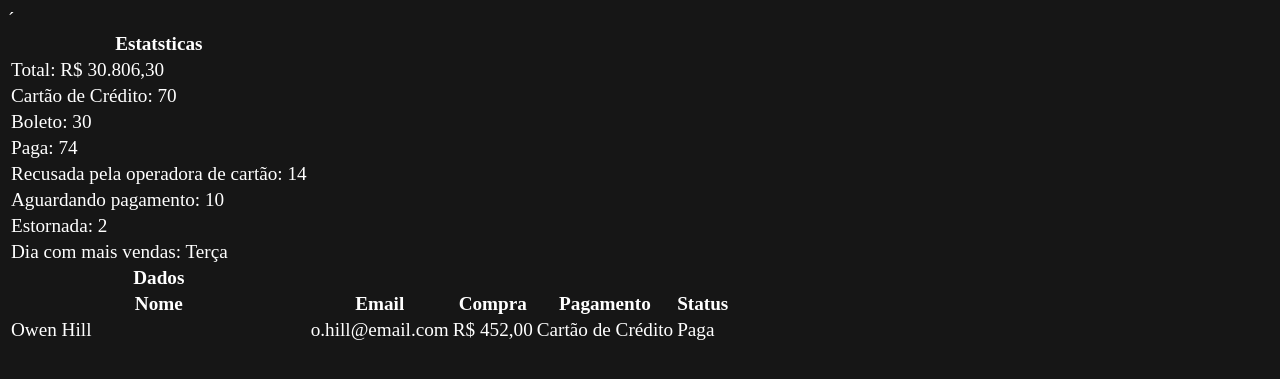
Repository: lucasleitedosreis/exercicios-praticando-typescript
Page: index.html
An editor plug-in stored every save of this project. The page is shown before and after the next save, followed by the edit.
The browser window is 1280 px wide. The pictures show the whole page.
The page's requests for data from a server got no answer.

Above is the page before, as saved 2023-04-13 13:54:15.

### index.html
<!DOCTYPE html>
<html lang="pt-BR">

<head>
    <meta charset="UTF-8">
    <meta http-equiv="X-UA-Compatible" content="IE=edge">
    <meta name="viewport" content="width=device-width, initial-scale=1.0">
    <title>Exercícios TypeScript</title>
    <link rel="stylesheet" href="./src/styles.css">
</head>

<body>
    <table>
        <thead>
            <tr>
                <th id="estatisticas">Estatsticas</th>´
            </tr>
        </thead>
        <tbody>
            <tr>
                <td>Total: R$ 30.806,30</td>
            </tr>
            <tr>
                <td>Cartão de Crédito: 70</td>
            </tr>
            <tr>
                <td>Boleto: 30</td>
            </tr>
            <tr>
                <td>Paga: 74</td>
            </tr>
            <tr>
                <td>Recusada pela operadora de cartão: 14</td>
            </tr>
            <tr>
                <td>Aguardando pagamento: 10</td>
            </tr>
            <tr>
                <td>Estornada: 2</td>
            </tr>
            <tr>
                <td>Dia com mais vendas: Terça</td>
            </tr>
        </tbody>
        <thead>
            <tr>
                <th id="dados">Dados</th>
            </tr>
        </thead>
        <tbody>
            <tr>
                <th id="nome" colspan="10">Nome</th>
                <th id="email" colspan="10">Email</th>
                <th id="compra" colspan="10">Compra</th>
                <th id="pagamento" colspan="10">Pagamento</th>
                <th id="status" colspan="10">Status</th>
            </tr>
            <tr>
                <td colspan="10">Owen Hill</td>
                <td colspan="10">o.hill@email.com</td>
                <td colspan="10">R$ 452,00</td>
                <td colspan="10">Cartão de Crédito</td>
                <td colspan="10">Paga</td>
            </tr>
        </tbody>

    </table>
    <script type="module" src="./dist/script.js"></script>
</body>

</html>

### src/styles.css
body {
  background: #161616;
  color: #fff;
  font-size: 1.2rem;
}

### dist/script.js
import fetchData from "./fetchData.js";
import normalizarTransacao from "./normalizartransacao.js";
async function handleData() {
    const data = await fetchData("https://api.origamid.dev/json/transacoes.json?");
    if (!data)
        return;
    const transacoes = data.map(normalizarTransacao);
    console.log(transacoes);
}
handleData();
//# sourceMappingURL=script.js.map

### dist/fetchData.js
export default async function fetchData(url) {
    try {
        const response = await fetch(url);
        if (!response.ok)
            throw new Error("Erro: " + response.status);
        const json = await response.json();
        return json;
    }
    catch (error) {
        if (error instanceof Error)
            console.log("Ocorreu um Erro ao executar o fetch: " + error.message);
        return null;
    }
}
//# sourceMappingURL=fetchData.js.map

### dist/normalizartransacao.js
import moedaParanumero from "./moedaParaNumero.js";
export default function normalizarTransacao(transacao) {
    return {
        nome: transacao.Nome,
        id: transacao.ID,
        data: transacao.Data,
        status: transacao.Status,
        email: transacao.Email,
        moeda: transacao["Valor (R$)"],
        valor: moedaParanumero(transacao["Valor (R$)"]),
        pagamento: transacao["Forma de Pagamento"],
        novo: Boolean(transacao["Cliente Novo"]),
    };
}
//# sourceMappingURL=normalizartransacao.js.map

### dist/moedaParaNumero.js
export default function moedaParanumero(moeda) {
    const numero = Number(moeda.replaceAll(".", "").replaceAll(",", "."));
    if (isNaN(numero)) {
        return null;
    }
    else {
        return numero;
    }
}
//# sourceMappingURL=moedaParaNumero.js.map

After the next save:
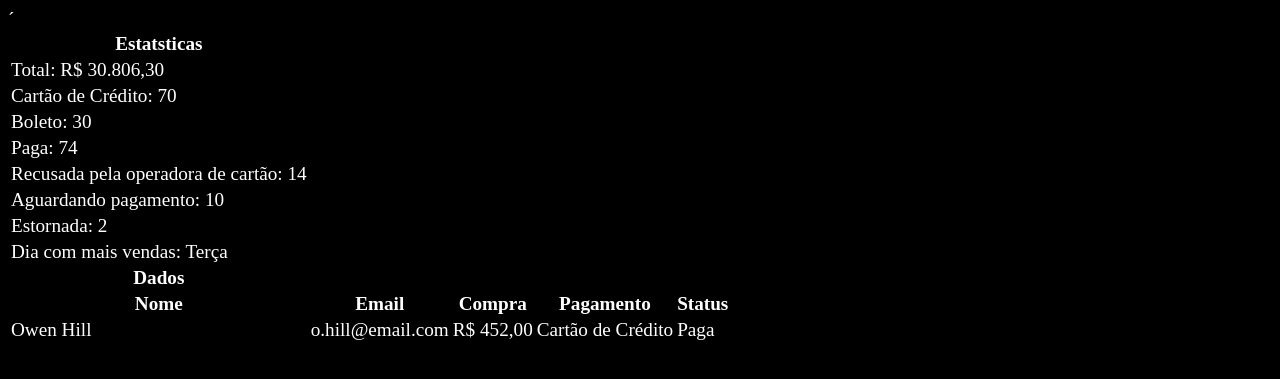
Saved 6 s later.
--- a/src/styles.css
+++ b/src/styles.css
@@ -1,5 +1,5 @@
 body {
-  background: #161616;
+  background: #000000;
   color: #fff;
   font-size: 1.2rem;
 }
